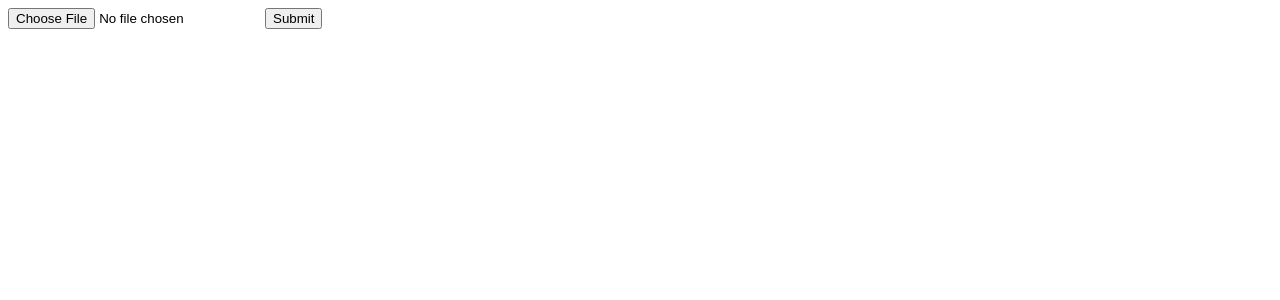
Repository: y2kim/workspace3
Page: WEB_MVC1_JSP_05_25/WebContent/exam/exma01.html
An editor plug-in stored every save of this project. The page is shown before and after the next save, followed by the edit.
The browser window is 1280 px wide. The pictures show the whole page.

Above is the page before, as saved 2018-06-04 02:06:30.

### WEB_MVC1_JSP_05_25/WebContent/exam/exma01.html
<!DOCTYPE html>
<html>
<head>
<meta charset="UTF-8">
<title>Insert title here</title>
</head>
<body>
	<form action="upload.jsp" method="post" enctype="multipart/form-data">
		<input type="file" name="file">
		<input type="submit">
	</form>
</body>
</html>

After the next save:
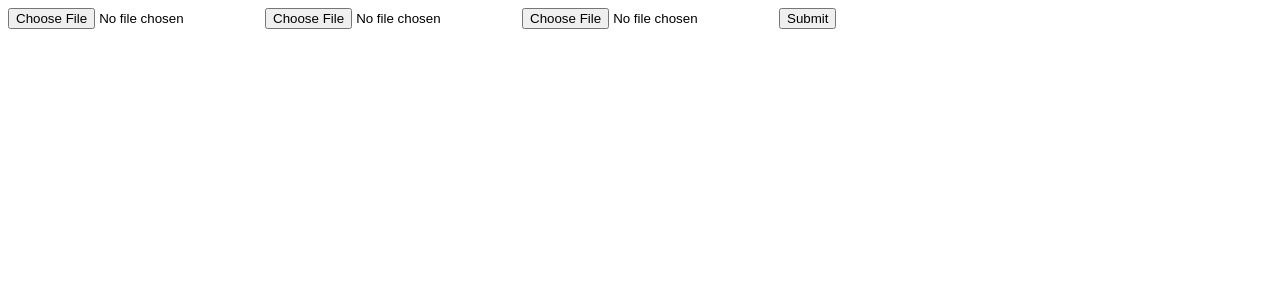
Saved 7 min 5 s later.
--- a/WEB_MVC1_JSP_05_25/WebContent/exam/exma01.html
+++ b/WEB_MVC1_JSP_05_25/WebContent/exam/exma01.html
@@ -7,6 +7,8 @@
 <body>
 	<form action="upload.jsp" method="post" enctype="multipart/form-data">
 		<input type="file" name="file">
+		<input type="file" name="file">
+		<input type="file" name="file">
 		<input type="submit">
 	</form>
 </body>
